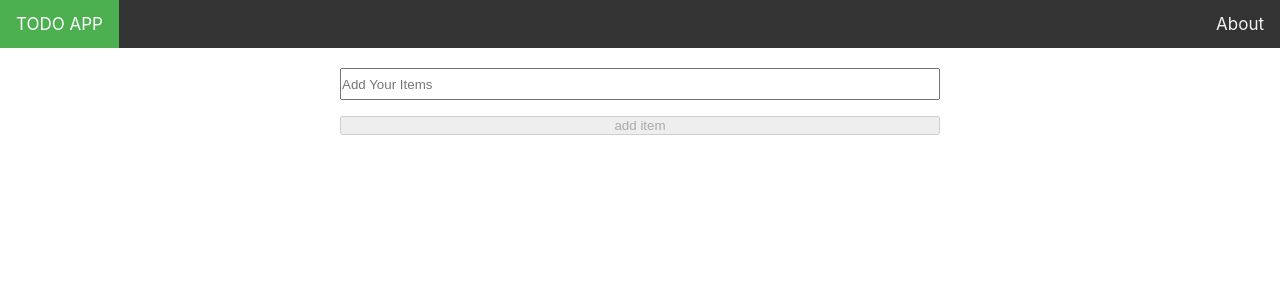
Repository: hoangphuong965/myTodoList
Page: /
The author's editor kept a copy of each file at every save. The page is drawn from the files as they stood at one save, then again after a run of saves.
The browser window is 1280 px wide. The pictures show the whole page.
The project was rebuilt for these pictures with package versions that can differ from the ones it lists, and the page was loaded fresh each time. Also part of the build but not shown: src/components/TodoItems.js.

Above is the page before, as saved 2020-06-01 21:28:48.

### public/index.html
<!DOCTYPE html>
<html lang="en">
  <head>
    <meta charset="utf-8" />
    <link rel="icon" href="%PUBLIC_URL%/favicon.ico" />
    <meta name="viewport" content="width=device-width, initial-scale=1" />
    <meta name="theme-color" content="#000000" />
    <meta
      name="description"
      content="Web site created using create-react-app"
    />
    <link rel="apple-touch-icon" href="%PUBLIC_URL%/logo192.png" />
    <!--
      manifest.json provides metadata used when your web app is installed on a
      user's mobile device or desktop. See https://developers.google.com/web/fundamentals/web-app-manifest/
    -->
    <link rel="manifest" href="%PUBLIC_URL%/manifest.json" />
    <!--
      Notice the use of %PUBLIC_URL% in the tags above.
      It will be replaced with the URL of the `public` folder during the build.
      Only files inside the `public` folder can be referenced from the HTML.

      Unlike "/favicon.ico" or "favicon.ico", "%PUBLIC_URL%/favicon.ico" will
      work correctly both with client-side routing and a non-root public URL.
      Learn how to configure a non-root public URL by running `npm run build`.
    -->
    <title>React App</title>
    <link rel="stylesheet" href="https://maxcdn.bootstrapcdn.com/font-awesome/4.7.0/css/font-awesome.min.css">
  </head>
  <body>
    <noscript>You need to enable JavaScript to run this app.</noscript>
    <div id="root"></div>
    <!--
      This HTML file is a template.
      If you open it directly in the browser, you will see an empty page.

      You can add webfonts, meta tags, or analytics to this file.
      The build step will place the bundled scripts into the <body> tag.

      To begin the development, run `npm start` or `yarn start`.
      To create a production bundle, use `npm run build` or `yarn build`.
    -->
  </body>
</html>

### src/App.js
import React, { Component } from "react";
import Navbar from "./components/Navbar/Navbar";
import TodoInput from "./components/TodoInput";
import TodoList from "./components/TodoList";
import { v4 as uuidv4 } from "uuid";

import "./components/todo.css";

export default class App extends Component {
  state = {
    items: [],
    id: uuidv4(),
    item: "",
    editItem: false,
  };
  handleChange = (e) => {
    this.setState({
      item: e.target.value,
    });
  };
  handleSubmit = (e) => {
    e.preventDefault();
    const newItem = {
      id: this.state.id,
      title: this.state.item,
    };
    const updateItem = [...this.state.items, newItem];
    this.setState({
      items: updateItem,
      id: uuidv4(),
      item: "",
      editItem: false,
    });
  };
  handleDelete = (id) => {
    const deleteItem = this.state.items.filter((item) => item.id !== id);
    this.setState({
      items: deleteItem,
      id: uuidv4(),
      item: "",
      editItem: false,
    });
  };

  handleEdit = (id) => {
    const filterItem = this.state.items.filter((item) => item.id !== id);
    const selectItem = this.state.items.find((item) => item.id === id);
    this.setState({
      items: filterItem,
      id: uuidv4(),
      item: selectItem.title,
      editItem: true,
    });
  };

  render() {
    return (
      <div>
        <Navbar />
        <div className="container">
          <TodoInput
            item={this.state.item}
            id={this.state.id}
            handleChange={this.handleChange}
            handleSubmit={this.handleSubmit}
            handleEdit={this.handleEdit}
          />
          <TodoList
            items={this.state.items}
            handleEdit={this.handleEdit}
            handleDelete={this.handleDelete}
          />
        </div>
      </div>
    );
  }
}

### src/components/Navbar/Navbar.js
import React, { Component } from "react";
import "./navbar.css";

export default class Navbar extends Component {
  render() {
    return (
      <div className="topnav">
        <a className="active" href="#home">
          TODO APP
        </a>
        <a href="#about">About</a>
      </div>
    );
  }
}

### src/components/TodoInput.js
import React, { Component } from "react";

export default class TodoInput extends Component {
  render() {
    const { item, handleChange, handleSubmit, handleEdit } = this.props;
    return (
      <div className="input">
        <form className="form" onSubmit={handleSubmit}>
          <span>
            <input
              type="text"
              className="input"
              placeholder="Add Your Items"
              value={item}
              onChange={handleChange}
            />
          </span>
          <button type="submit" disabled={item ? false : true} className="btn">
            {handleEdit ? "add item" : "edit item"}
          </button>
        </form>
      </div>
    );
  }
}

### src/components/TodoList.js
import React, { Component } from "react";
import TodoItems from "./TodoItems";

export default class TodoList extends Component {
  render() {
    const { items, handleEdit, handleDelete } = this.props;
    return (
      <div>
        <ul className="list">
          {items.map((item) => {
            return (
              <TodoItems
                key={item.id}
                title={item.title}
                handleEdit={() => handleEdit(item.id)}
                handleDelete={() => handleDelete(item.id)}
              />
            );
          })}
        </ul>
      </div>
    );
  }
}

### src/components/todo.css
*{
    margin: 0;
    padding: 0;
    box-sizing: border-box;
}

.container{
    margin: 0 auto;
    width: 600px;
}

.input{
    width: 600px;
    height: 2rem;
    margin: 10px 0px 0px 0px;

}

.list{
    margin: 2.5rem 0 0 0;
}

.item{
    margin: 10px 0 0 0;
    padding: 5px;
}

.item_li{
    list-style: none;
    display: flex;
    justify-content: space-between;
}

.pen{
    margin: 2rem;
}

.btn{
    display: block;
    width: 600px;
    margin: 1rem 0 0 0;
}

### src/components/Navbar/navbar.css
/* Add a black background color to the top navigation */
.topnav {
    background-color: #333;
    overflow: hidden;
    display: flex;
    justify-content: space-between;
  }

  /* Style the links inside the navigation bar */
  .topnav a {
    color: #f2f2f2;
    text-align: center;
    padding: 14px 16px;
    text-decoration: none;
    font-size: 17px;
    transition: all 0.3s linear;
  }

  /* Change the color of links on hover */
  .topnav a:hover {
    background-color: #ddd;
    color: black;
  }

  /* Add a color to the active/current link */
  .topnav a.active {
    background-color: #4CAF50;
    color: white;
  }

Loaded but not shown: src/index.js (common file); src/index.css (common file); src/serviceWorker.js (common file)

After the next 4 saves:
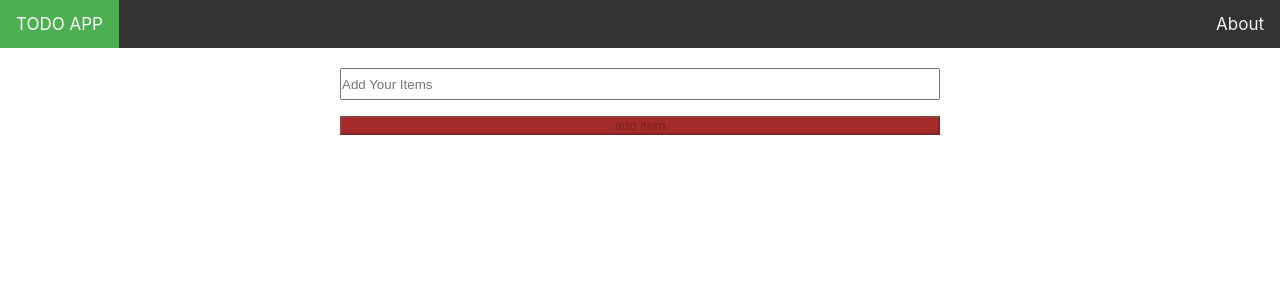
The 4 saves are shown as one change because they came seconds apart.
The last was saved 15 s later.
--- a/src/components/todo.css
+++ b/src/components/todo.css
@@ -39,4 +39,5 @@
     display: block;
     width: 600px;
     margin: 1rem 0 0 0;
+    background-color: brown;
 }
